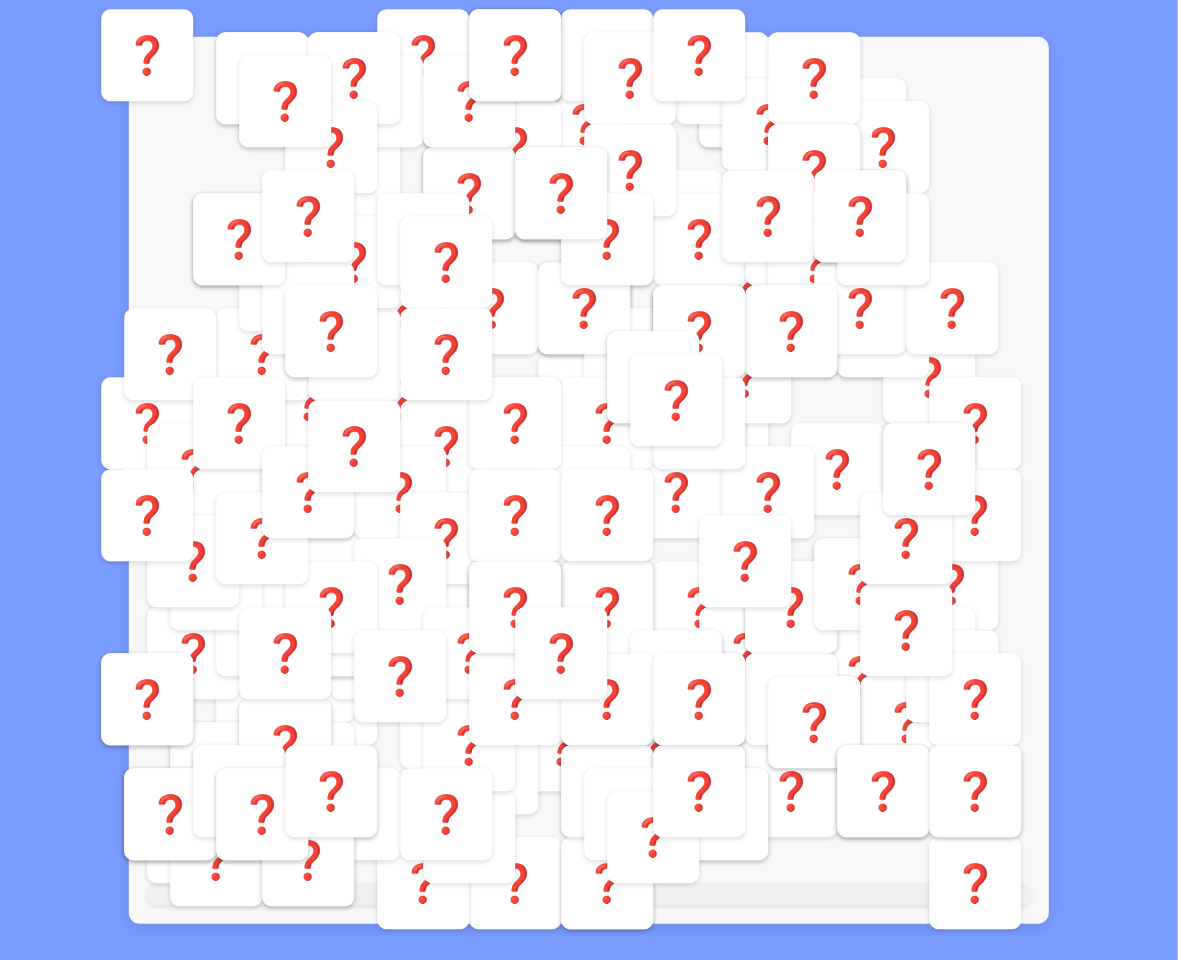
Repository: Avril-Cui/hack-puzzle
Page: / (app in client/)
An editor plug-in stored every save of this project. The page is shown before and after the next save, followed by the edit.
The browser window is 1280 px wide. The pictures show the whole page, at 92% of full size.
The project was rebuilt for these pictures with package versions that can differ from the ones it lists, and the page was loaded fresh each time. The framework's server and built-in components were replaced by stand-ins that run in the browser. Also part of the build but not shown: client/next.config.ts.

Above is the page before, as saved 2025-06-11 19:32:27.

After the next save:
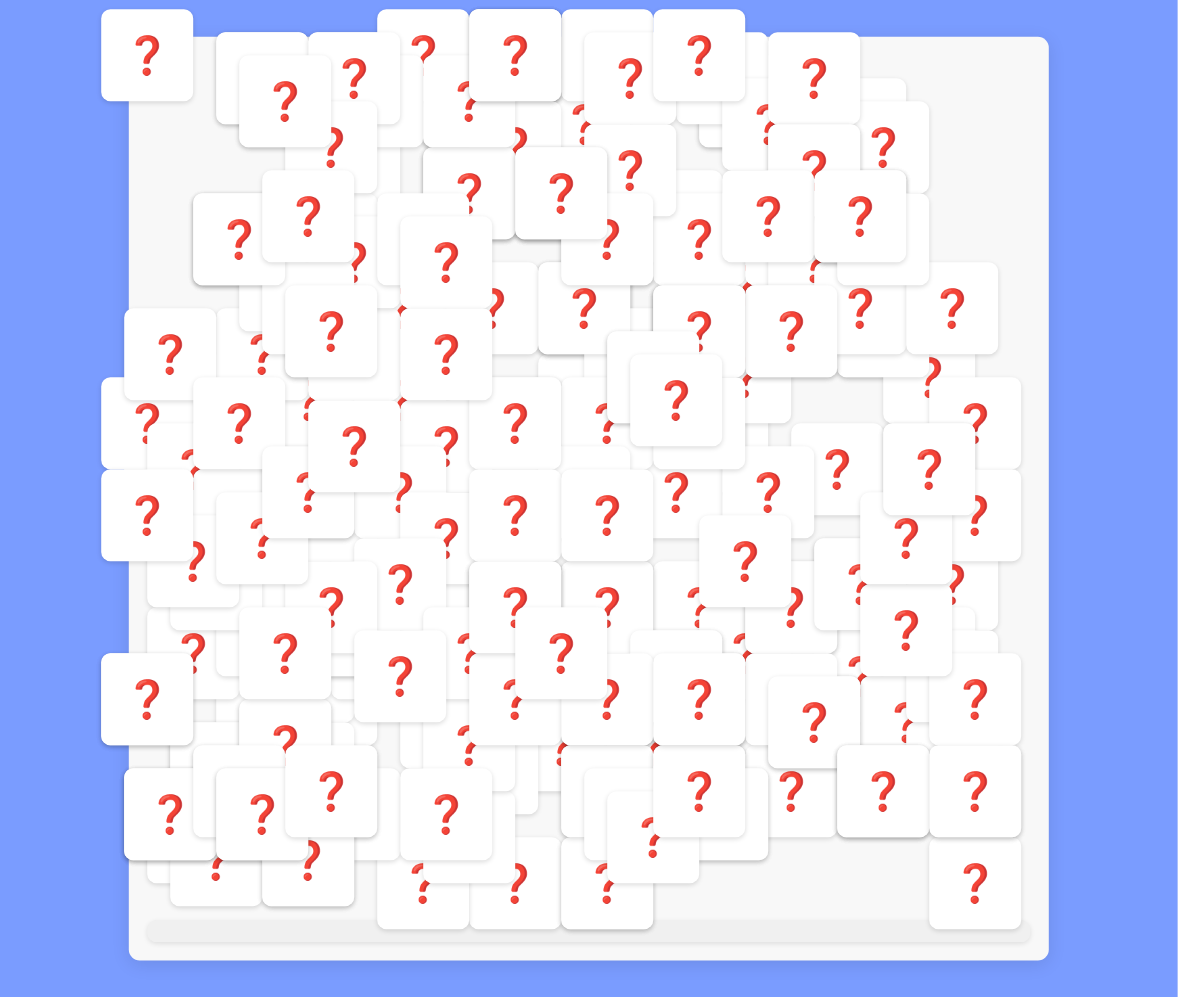
Saved 3 s later.
--- a/client/components/Game.module.css
+++ b/client/components/Game.module.css
@@ -37,7 +37,7 @@
   }
 
   .queueBar {
-    margin-top: 0em;
+    margin-top: 40px;
     display: flex;
     justify-content: center;
     gap: 12px;
